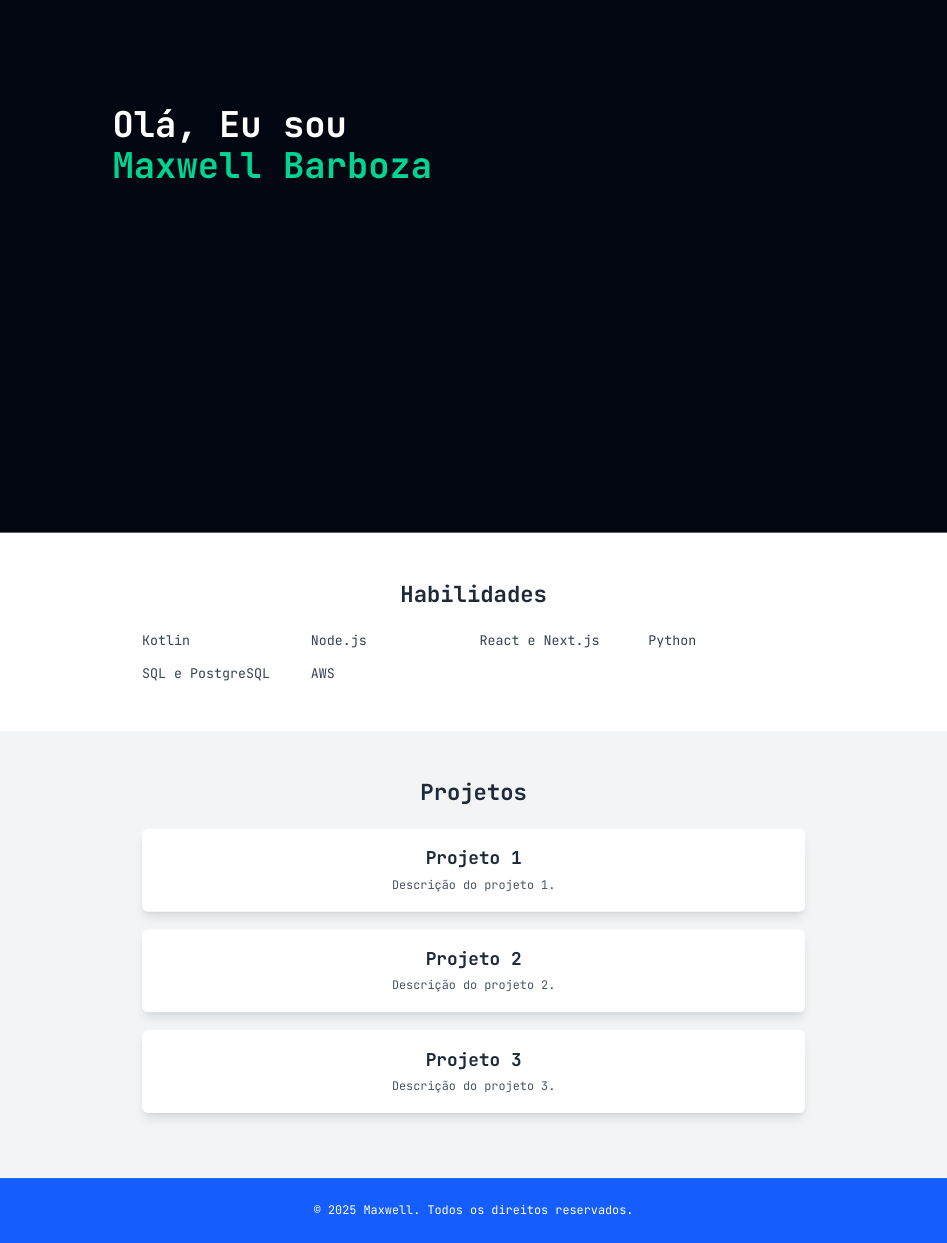
Repository: maxwelllbarboza/pagina-pessoal
Page: /
An editor plug-in stored every save of this project. The page is shown before and after a run of saves, followed by the edit.
The browser window is 1280 px wide. The pictures show the whole page, at 74% of full size.
The project was rebuilt for these pictures with package versions that can differ from the ones it lists, and the page was loaded fresh each time. The framework's server and built-in components were replaced by stand-ins that run in the browser. Also part of the build but not shown: next.config.mjs, next.config.ts.

Above is the page before, as saved 2025-02-27 11:06:26.

### src/app/layout.tsx
import * as React from 'react';
import {JetBrains_Mono} from "next/font/google"
import './globals.css'

const jetBrainsMono = JetBrains_Mono({
  subsets: ["latin"],
  weight: ["400", "700"],
  variable: "--font-jetbrains-mono"
})

export default function RootLayout({
  children,
}: Readonly<{
  children: React.ReactNode;
}>) {
  return (
    <html lang="en">
      <body className={jetBrainsMono.className}>
        <main className="min-h-screen">
          {children}
        </main>
      </body>
    </html>
  );
}

### src/app/page.tsx
import SobreMim from "@/components/sobremim/SobreMim";
import Head from "next/head";

const skills = ['Kotlin', 'Node.js', 'Python', 'React', 'Next.js', 'AWS', 'SQL'];

const projects = [
  { title: 'Sistema de Frete', description: 'Gerenciamento de transportes e pagamentos.', image: '/frete.png' },
  { title: 'Naval Battle Game', description: 'Jogo de batalha naval interativo.', image: '/naval.png' },
  { title: 'Sistema de Estoque', description: 'Gestão de bebidas e inventário.', image: '/estoque.png' }
];

export default function Home() {
  return (
    <div className="bg-gray-100 min-h-screen">
    <Head>
      <title>Portfólio de Maxwell</title>
      <meta name="description" content="Portfólio pessoal de Maxwell" />
      <link rel="icon" href="/favicon.ico" />
    </Head>

    {/* Sobre mim */}
    <SobreMim/>


    {/* Habilidades */}
    <section className="bg-white py-16">
      <h2 className="text-3xl font-semibold text-center text-gray-800">Habilidades</h2>
      <ul className="mt-8 grid grid-cols-2 sm:grid-cols-3 md:grid-cols-4 gap-4 max-w-4xl mx-auto">
        <li className="text-lg text-gray-700">Kotlin</li>
        <li className="text-lg text-gray-700">Node.js</li>
        <li className="text-lg text-gray-700">React e Next.js</li>
        <li className="text-lg text-gray-700">Python</li>
        <li className="text-lg text-gray-700">SQL e PostgreSQL</li>
        <li className="text-lg text-gray-700">AWS</li>
      </ul>
    </section>

    {/* Projetos */}
    <section className="py-16 text-center">
      <h2 className="text-3xl font-semibold text-gray-800">Projetos</h2>
      <div className="mt-8 max-w-4xl mx-auto">
        <div className="bg-white p-6 mb-6 shadow-lg rounded-lg">
          <h3 className="text-2xl font-semibold text-gray-800">Projeto 1</h3>
          <p className="mt-2 text-gray-600">Descrição do projeto 1.</p>
        </div>
        <div className="bg-white p-6 mb-6 shadow-lg rounded-lg">
          <h3 className="text-2xl font-semibold text-gray-800">Projeto 2</h3>
          <p className="mt-2 text-gray-600">Descrição do projeto 2.</p>
        </div>
        <div className="bg-white p-6 mb-6 shadow-lg rounded-lg">
          <h3 className="text-2xl font-semibold text-gray-800">Projeto 3</h3>
          <p className="mt-2 text-gray-600">Descrição do projeto 3.</p>
        </div>
      </div>
    </section>

    {/* Footer */}
    <footer className="bg-blue-600 text-white text-center py-8">
      <p>&copy; 2025 Maxwell. Todos os direitos reservados.</p>
    </footer>
  </div>

  );
}

### src/components/sobremim/SobreMim.tsx
'use client'
import { animate, motion } from "framer-motion"

export default function SobreMim(){
    return(
        <section className="min-h-screen bg-gray-950 text-white pt-20">
            <div className="max-w-5xl mx-auto px-6 py-12">
                <div className="flex flex-col-reverse lg:flex-row items-center
                justify-between gap-8 lg:gap-16">
                    <motion.div
                    initial={{opacity: 0, y:20}}
                    animate={{opacity: 1, y:0}}
                    transition={{duration: 0.5}}
                    >
                        <span className="text-gray-400 mb-4 block text lg:text-left"></span>
                        <h1 className="text-5xl font-bold mb-4 text-center lg:text-left">
                            Olá, Eu sou
                            <span className="block text-emerald-400 mt-2">Maxwell Barboza</span>
                        </h1>
                    </motion.div>
                </div>
            </div>
        </section>
    )
}

Loaded but not shown: src/app/globals.css (common file)

After the next 4 saves:
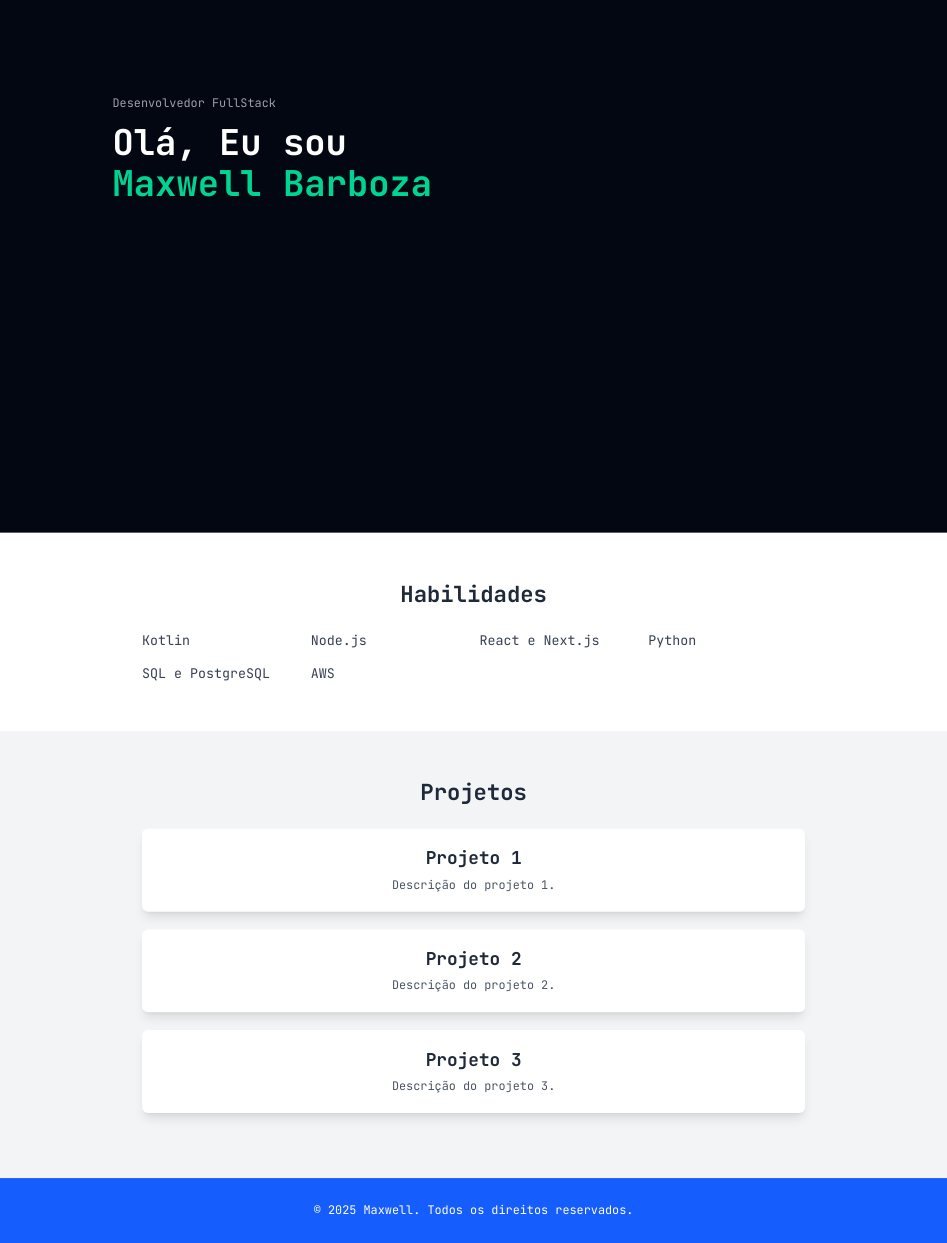
The 4 saves are shown as one change because they came seconds apart.
The last was saved 68 s later.
--- a/src/components/sobremim/SobreMim.tsx
+++ b/src/components/sobremim/SobreMim.tsx
@@ -12,7 +12,7 @@
                     animate={{opacity: 1, y:0}}
                     transition={{duration: 0.5}}
                     >
-                        <span className="text-gray-400 mb-4 block text lg:text-left"></span>
+                        <span className="text-gray-400 mb-4 block text lg:text-left">Desenvolvedor FullStack</span>
                         <h1 className="text-5xl font-bold mb-4 text-center lg:text-left">
                             Olá, Eu sou
                             <span className="block text-emerald-400 mt-2">Maxwell Barboza</span>
